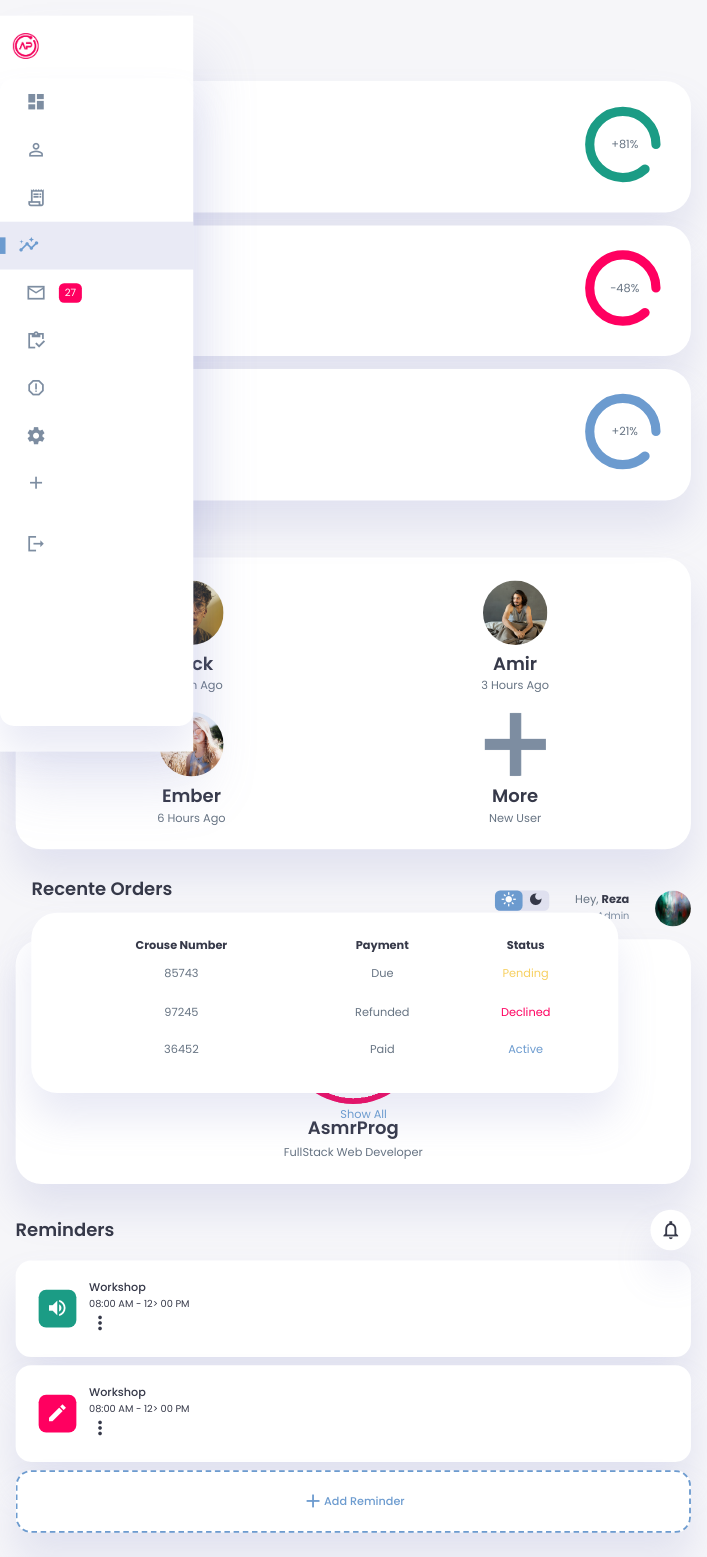
Repository: pheonix5/ProjetosRN-linux
Page: DashBoard/index.html
These files come from the project's save history. The page is drawn as it stood at one moment and after the next save; the edit follows.
The browser window is 768 px wide. The pictures show the whole page, at 92% of full size.

Above is the page before, as saved 2023-08-06 03:35:20.

### DashBoard/index.html
<!DOCTYPE html>
<html lang="pt-br">

<head>
  <meta charset="UTF-8">
  <meta name="viewport" content="width=device-width, initial-scale=1.0">
  <link href="https://fonts.googleapis.com/icon?family=Material+Icons+Sharp" rel="stylesheet">
  <link rel="stylesheet" href="style.css">
  <title>Responsive Dashboard Design #1</title>
</head>

<body>

  <div class="container">
    <!-- Siderbar Section -->
    <aside>
      <div class="toggle">
        <div class="logo">
          <img src="images/logo.png">
          <h2>ASMR<span class="danger">Prog</span></h2>
        </div>
        <div class="close" id="close-btn">
          <span class="material-icons-sharp">
            close
          </span>
        </div>
      </div>

      <div class="sidebar">
        <a href="#">
          <span class="material-icons-sharp">
            dashboard
          </span>
          <h3>Dashboard</h3>
        </a>
        <a href="#">
          <span class="material-icons-sharp">
            person_outline
          </span>
          <h3>Users</h3>
        </a>
        <a href="#">
          <span class="material-icons-sharp">
            receipt_long
          </span>
          <h3>History</h3>
        </a>
        <a href="#" class="active">
          <span class="material-icons-sharp">
            insights
          </span>
          <h3>Analytics</h3>
        </a>
        <a href="#">
          <span class="material-icons-sharp">
            mail_outline
          </span>
          <h3>Tickets</h3>
          <span class="message_count">27</span>
        </a>
        <a href="#">
          <span class="material-icons-sharp">
            inventory
          </span>
          <h3>Sale list</h3>
        </a>
        <a href="#">
          <span class="material-icons-sharp">
            report_gmailerrorred
          </span>
          <h3>Reports</h3>
        </a>
        <a href="#">
          <span class="material-icons-sharp">
            settings
          </span>
          <h3>Settings</h3>
        </a>
        <a href="#">
          <span class="material-icons-sharp">
            add
          </span>
          <h3>New Login</h3>
        </a>
        <a href="#">
          <span class="material-icons-sharp">
            logout
          </span>
          <h3>Logout</h3>
        </a>
      </div>
    </aside>
    <!-- Fim da Seção do Sidebar-->

    <!-- Main Content-->
    <main>
      <h1>Analytics</h1>
      <!-- Analyses -->
      <div class="analyse">
        <div class="sales">
          <div class="status">
            <div class="info">
              <h3>Total Sales</h3>
              <h1>R$65,024</h1>
            </div>
            <div class="progresss">
              <svg>
                <circle cx="38" cy="38" r="36"></circle>
              </svg>
              <div class="percentage">
                <p>+81%</p>
              </div>
            </div>
          </div>
        </div>

        <div class="visits">
          <div class="status">
            <div class="info">
              <h3>Site Visit</h3>
              <h1>24,981</h1>
            </div>
            <div class="progresss">
              <svg>
                <circle cx="38" cy="38" r="36"></circle>
              </svg>
              <div class="percentage">
                <p>-48%</p>
              </div>
            </div>
          </div>
        </div>

        <div class="searches">
          <div class="status">
            <div class="info">
              <h3>Searches</h3>
              <h1>14,147</h1>
            </div>
            <div class="progresss">
              <svg>
                <circle cx="38" cy="38" r="36"></circle>
              </svg>
              <div class="percentage">
                <p>+21%</p>
              </div>
            </div>
          </div>
        </div>
      </div>
      <!-- End Of Analyses -->

      <!--  New Users Section -->
      <div class="new-users">
        <h2>New Users</h2>
        <div class="user-list">
          <div class="user">
            <img src="images/profile-2.jpg">
            <h2>Jack</h2>
            <p>54 Min Ago</p>
          </div>
          <div class="user">
            <img src="images/profile-3.jpg">
            <h2>Amir</h2>
            <p>3 Hours Ago</p>
          </div>
          <div class="user">
            <img src="images/profile-4.jpg">
            <h2>Ember</h2>
            <p>6 Hours Ago</p>
          </div>
          <div class="user">
            <img src="images/plus.png">
            <h2>More</h2>
            <p>New User</p>
          </div>
        </div>
      </div>
      <!-- End of New Users Section -->


      <!-- Recente Orders Table -->
      <div class="recent-orders">
        <h2>Recente Orders</h2>
        <table>
          <thead>
            <tr>
              <th>Crouse Name</th>
              <th>Crouse Number</th>
              <th>Payment</th>
              <th>Status</th>
              <th></th>
            </tr>
          </thead>
          <tbody>

          </tbody>
        </table>
        <a href="#">Show All</a>
      </div>
      <!-- End of Recent Orders -->

    </main>
    <!-- End of Main Content -->

    <!-- Right Section-->
    <div class="right-section">
      <div class="nav">
        <button id="menu-btn">
          <span class="material-icons-sharp">
            menu
          </span>
        </button>
        <div class="dark-mode">
          <span class="material-icons-sharp active">
            light_mode
          </span>
          <span class="material-icons-sharp">
            dark_mode
          </span>
        </div>

        <div class="profile">
          <div class="info">
            <p>Hey, <b>Reza</b></p>
            <small class="text-muted">Admin</small>
          </div>
          <div class="profile-photo">
            <img src="images/profile-1.jpg">
          </div>
        </div>

      </div>
      <!-- End of Nav -->

      <div class="user-profile">
        <div class="logo">
          <img src="images/logo.png">
          <h2>AsmrProg</h2>
          <p>FullStack Web Developer</p>
        </div>
      </div>

      <div class="reminders">
        <div class="header">
          <h2>Reminders</h2>
          <span class="material-icons-sharp">
            notifications_none
          </span>
        </div>

        <div class="notification">
          <div class="icon">
            <span class="material-icons-sharp">
              volume_up
            </span>
          </div>
          <div class="content">
            <div class="info">
              <h3>Workshop</h3>
              <small class="text_muted">
                08:00 AM - 12> 00 PM
              </small>
            </div>
            <span class="material-icons-sharp">
              more_vert
            </span>
          </div>
        </div>

        <div class="notification deactive">
          <div class="icon">
            <span class="material-icons-sharp">
              edit
            </span>
          </div>
          <div class="content">
            <div class="info">
              <h3>Workshop</h3>
              <small class="text_muted">
                08:00 AM - 12> 00 PM
              </small>
            </div>
            <span class="material-icons-sharp">
              more_vert
            </span>
          </div>
        </div>

        <div class="notification add-reminder">
          <div>
            <span class="material-icons-sharp">
              add
            </span>
            <h3>Add Reminder</h3>
          </div>
        </div>

      </div>
    </div>


  </div>

  <script src="orders.js"></script>
  <script src="index.js"></script>
</body>

</html>

### DashBoard/style.css
@import url('https://fonts.googleapis.com/css2?family=Barlow:ital,wght@0,100;0,200;0,300;0,400;0,500;0,600;0,700;0,800;0,900;1,100;1,200;1,300;1,400;1,500;1,600;1,700;1,800;1,900&family=Poppins:wght@300;400;500;600;700;800&display=swap');

:root{
  --color-primary: #6C9BCF;
    --color-danger: #FF0060;
    --color-success: #1B9C85;
    --color-warning: #F7D060;
    --color-white: #fff;
    --color-info-dark: #7d8da1;
    --color-dark: #363949;
    --color-light: rgba(132, 139, 200, 0.18);
    --color-dark-variant: #677483;
    --color-background: #f6f6f9;

    --card-border-radius: 2rem;
    --border-radius-1: 0.4rem;
    --border-radius-2: 1.2rem;

    --card-padding: 1.8rem;
    --padding-1: 1.2rem;

    --box-shadow: 0 2rem 3rem var(--color-light);
}

.dark-mode-variables{
  --color-background: #181a1e;
    --color-white: #202528;
    --color-dark: #edeffd;
    --color-dark-variant: #a3bdcc;
    --color-light: rgba(0, 0, 0, 0.4);
    --box-shadow: 0 2rem 3rem var(--color-light);
}

*{
  margin: 0;
  padding: 0;
  outline: 0;
  appearance: 0;
  border: 0;
  text-decoration: none;
  box-sizing: border-box;
}

html{
  font-size: 14px;
}

body{
  width: 100vw;
  height: 100vh;
  font-family: 'Poppins', sans-serif;
  font-size: 0.88rem;
  user-select: none;
  overflow-x: hidden;
  color: var(--color-dark);
  background-color: var(--color-background);
}

a{
  color: var(--color-dark);
}

img{
  display: block;
  width: 100%;
  object-fit: cover;
}

h1{
  font-weight: 800;
  font-size: 1.8rem;
}

h2{
  font-weight: 600;
  font-size: 1.4rem;
}

h3{
  font-weight: 500;
  font-size: 0.87rem;
}

small{
  font-size: 0.76rem;
}

p{
  color: var(--color-dark-variant);
}

b{
  color: var(--color-dark);
}

.text-muted{
  color: var(--color-info-dark);
}

.primary{
  color: var(--color-primary);
}

.danger{
  color: var(--color-danger);
}

.sucess{
  color: var(--color-success);
}

.warning{
  color: var(--color-warning);
}

.container{
  display: grid;
  width: 96%;
  margin: 0 auto;
  gap: 1.8rem;
  grid-template-columns: 12rem auto 23rem;
}

aside{
  height: 100vh;
}

aside .toggle{
  display: flex;
  align-items: center;
  justify-content: space-between;
  margin-top: 1.4rem;
}

aside .toggle .logo{
  display: flex;
  gap: 0.5rem;
}

aside .toggle .logo img{
  width: 2rem;
  width: 2rem;
}

aside .toggle .close{
  padding-right: 1rem;
  display: none;
}

aside .sidebar{
  display: flex;
  flex-direction: column;
  background-color: var(--color-white);
  box-shadow: var(--box-shadow);
  border-radius: 15px;
  height: 88vh;
  position: relative;
  top: 1.5rem;
  transition: all 0.3s ease;
}

aside .sidebar:hover{
  box-shadow: none;
}

aside .sidebar a{
  display: flex;
  align-items: center;
  color:  var(--color-info-dark);
  height: 3.7rem;
  gap: 1rem;
  position: relative;
  margin-left: 2rem;
  transition: all 0.3s ease;
}

aside .sidebar a span{
  font-size: 1.6rem;
  transition: all 0.3s ease;
}

aside .sidebar a:last-child{
  position: absolute;
  bottom: 0.8rem;
  width: 100%;
}

aside .sidebar a.active{
  width: 100%;
  color: var(--color-primary);
  background-color: var(--color-light);
  margin-left: 0;
}

aside .sidebar a.active::before{
  content: '';
  width: 6px;
  height: 18px;
  background-color: var(--color-primary);
}

aside .sidebar a.active span{
  color: var(--color-primary);
  margin-left: calc(1rem -3px);
}

aside .sidebar a:hover{
  color: var(--color-primary);
}

aside .sidebar a:hover span{
  margin-left: 0.6rem;
}

aside .sidebar .message_count{
  background-color: var(--color-danger);
  padding: 2px 6px;
  color: var(--color-white);
  font-size: 11px;
  border-radius: var(--border-radius-1);
}

main{
  margin-top: 1.4rem;
}

main .analyse{
  display: grid;
  grid-template-columns: repeat(3, 1fr);
  gap: 1.6rem;
}

main .analyse > div{
  background-color: var(--color-white);
  padding: var(--card-padding);
  border-radius: var(--card-border-radius);
  margin-top: 1rem;
  box-shadow: var(--box-shadow);
  cursor: pointer;
  transition: all 0.3s ease;
}

main .analyse > div:hover{
  box-shadow: none;
}

main .analyse > div .status{
  display: flex;
  align-items: center;
  justify-content: space-between;
}


main .analyse h3{
  margin-left: .06rem;
  font-size: 1rem;
}

main .analyse .progresss{
  position: relative;
  width: 92px;
  height: 92px;
  border-radius: 50%;
}

main .analyse svg{
  width: 7rem;
  height: 7rem;
}

main .analyse svg circle{
  fill: none;
  stroke-width: 10;
  stroke-linecap: round;
  transform: translate(5px, 5px);
}

main .analyse .sales svg circle{
  stroke: var(--color-success);
  stroke-dashoffset: -30;
  stroke-dasharray: 200;
}

main .analyse .visits svg circle{
  stroke: var(--color-danger);
  stroke-dashoffset: -30;
  stroke-dasharray: 200;
}

main .analyse .searches svg circle{
  stroke: var(--color-primary);
  stroke-dashoffset: -30;
  stroke-dasharray: 200;
}

main .analyse .progresss .percentage{
  position: absolute;
  top: -3px;
  left: -1px;
  display: flex;
  align-items: center;
  justify-content: center;
  height: 100%;
  width: 100%;
}

main .new-users{
  margin-top: 1.3rem;
}

main .new-users .user-list{
  background-color: var(--color-white);
  padding: var(--card-padding);
  border-radius: var(--card-border-radius);
  margin-top: 1rem;
  box-shadow: var(--box-shadow);
  display: flex;
  justify-content: space-around;
  flex-wrap: wrap;
  gap: 1.4rem;
  transition: all 0.3s ease;
}

main .new-users .user-list:hover{
  box-shadow: none;
}

main .new-users .user-list .user{
  display: flex;
  flex-direction: column;
  align-items: center;
  justify-content: center;
}

main .new-users .user-list .user img{
  width: 5rem;
  height: 5rem;
  margin-bottom: 0.4rem;
  border-radius: 50%;
}

main .recent-orders{
  margin-top: 1.3rem;
}

main .recent-orders h2{
  margin-bottom: 0.8rem;
}

main .recent-orders table{
  background-color: var(--color-white);
  width: 100%;
  padding: var(--card-padding);
  text-align: center;
  box-shadow: var(--box-shadow);
  border-radius: var(--card-border-radius);
  transition: all 0.3s ease;
}

main .recent-orders table:hover{
  box-shadow: none;
}

main table tbody td{
  height: 2.8rem;
  border-bottom: 1px solid var(--color-white);
  color: var(--color-dark-variant);
}

main table tbody tr:last-child td{
  border: none;
}

main .recent-orders a{
  text-align: center;
  display: block;
  margin: 1rem auto;
  color:  var(--color-primary);
}

.right-section{
  margin-top: 1.4rem;
}

.right-section .nav{
  display: flex;
  justify-content: end;
  gap: 2rem;
}

.right-section .nav button{
  display: none;
}

.right-section .dark-mode{
  background-color: var(--color-light);
  display: flex;
  justify-content: space-between;
  align-items: center;
  height: 1.6rem;
  width: 4.2rem;
  cursor: pointer;
  border-radius: var(--border-radius-1);
}

.right-section .dark-mode span{
  font-size: 1.2rem;
  width: 50%;
  height: 100%;
  display: flex;
  align-items: center;
  justify-content: center;
}

.right-section .dark-mode span.active{
  background-color: var(--color-primary);
  color: white;
  border-radius: var(--border-radius-1);
}

.right-section .nav .profile{
  display: flex;
  gap: 2rem;
  text-align: right;
}
.right-section .nav .profile .profile-photo{
  width: 2.8rem;
  height: 2.8rem;
  border-radius: 50%;
  overflow: hidden;
}

.right-section .user-profile{
  display: flex;
  justify-content: center;
  text-align: center;
  margin-top: 1rem;
  background-color: var(--color-white);
  padding:  var(--card-padding);
  border-radius: var(--card-border-radius);
  box-shadow: var(--box-shadow);
  cursor: pointer;
  transition: all 0.3s ease;
}

.right-section .user-profile:hover{
  box-shadow: none;
}

.right-section .user-profile img{
  width: 11rem;
  height: auto;
  margin-bottom: 0.8rem;
  border-radius: 50%;
}

.right-section .user-profile h2{
  margin-bottom: 0.2rem;
}

.right-section .reminders{
  margin-top: 2rem;
}

.right-section .reminders .header{
  display: flex;
  align-items: center;
  justify-content: space-between;
  margin-bottom: 0.8rem;
}

.right-section .reminders .header span{
  padding: 10px;
  box-shadow: var(--box-shadow);
  background-color: var(--color-white);
  border-radius: 50%;
}

.right-section .reminders .notification{
  background-color: var(--color-white);
  display: flex;
  align-items: center;
  gap: 1rem;
  margin-bottom: 0.7rem;
  padding: 1.4rem var(--card-padding);
  border-radius: var(--border-radius-2);
  box-shadow: var(--box-shadow);
  cursor: pointer;
  transition: all 0.3s ease;
}

.right-section .reminders .notification:hover{
  box-shadow: none;
}

.recent-orders .reminders .notification .content{
  display: flex;
  justify-content: space-between;
  align-items: center;
  margin: 0;
  width: 100%;
}

.right-section .reminders .notification .icon{
  padding: 0.6rem;
  color:  var(--color-white);
  background-color: var(--color-success);
  border-radius: 20%;
  display: flex;
}

.right-section .reminders .notification.deactive .icon{
  background-color: var(--color-danger);
}

.right-section .reminders .add-reminder{
  background-color: var(--color-white);
  border: 2px dashed var(--color-primary);
  color: var(--color-primary);
  display: flex;
  align-items: center;
  justify-content: center;
  cursor: pointer;
}

.right-section .reminders .add-reminder:hover{
  background-color: var(--color-primary);
  color: white;
}

.right-section .reminders .add-reminder div{
  display: flex;
  align-items: center;
  grid-area: 0.6rem;
}

@media screen and (max-width: 1200px) {
  .container{
    width: 96%;
    grid-template-columns: 7rem auto 23rem;
  }


  aside .logo h2{
    display: none;
  }

  aside .sidebar h3{
    display: none;
  }

  aside .sidebar a{
    width: 5.6rem;
  }

  aside .sidebar a:last-child{
    position: relative;
    margin-top: 1.8rem;
  }

  main .analyse{
    grid-template-columns:  1fr;
    gap: 0;
  }

  main .new-users .user-list .user{
    flex-basis: 40%;
  }

  main .recent-orders{
    width: 94%;
    position: absolute;
    left: 50%;
    transform: translateX(-50%);
    margin: 2rem 0 0 0.8rem;
  }

  main .recent-orders table{
    width: 83vw;
  }

  main table thead tr th:last-child,
  main table thead tr th:first-child{
    display: none;
  }

  main table tbody tr td:last-child,
  main table tbody tr td:first-child{
    display: none;
  }
}

@media screen  and (max-width: 768px){
  .container{
    width: 100%;
    grid-template-columns: 1fr;
    padding: var(--padding-1);
  }

  aside{
    position: fixed;
    background-color: var(--color-white);
    width: 15rem;
    z-index: 3;
    box-shadow: 1rem 3rem 4rem var(--color-light);
    height: 100vh;
    animation: showMenu 0.4s ease forwards
  }

  @keyframes showMenu {
    to{
      left: 0;
    }
  }

  aside .logo{
    margin-left: 1rem;
  }
}

### DashBoard/orders.js
const Orders = [
  {
    productName: 'JavaScript Tutorial',
    productNumber: '85743',
    paymentStatus: 'Due',
    status: 'Pending'
  },
  {
    productName: 'CSS Full Course',
    productNumber: '97245',
    paymentStatus: 'Refunded',
    status: 'Declined'
  },
  {
    productName: 'Flex-Box Tutorial',
    productNumber: '36452',
    paymentStatus: 'Paid',
    status: 'Active'
  },
]

### DashBoard/index.js
Orders.forEach(order => {
  const tr = document.createElement('tr');
  const trContent = `
    <td>${order.productName}</td>
    <td>${order.productNumber}</td>
    <td>${order.paymentStatus}</td>
    <td class="${order.status === 'Declined' ? 'danger' : order.status === 'Pending' ? 'warning' : 'primary'}">${order.status}</td>
    <td class="primary">Details</td>
  ` ;
  tr.innerHTML = trContent;
  document.querySelector('table tbody').appendChild(tr)
})

After the next save:
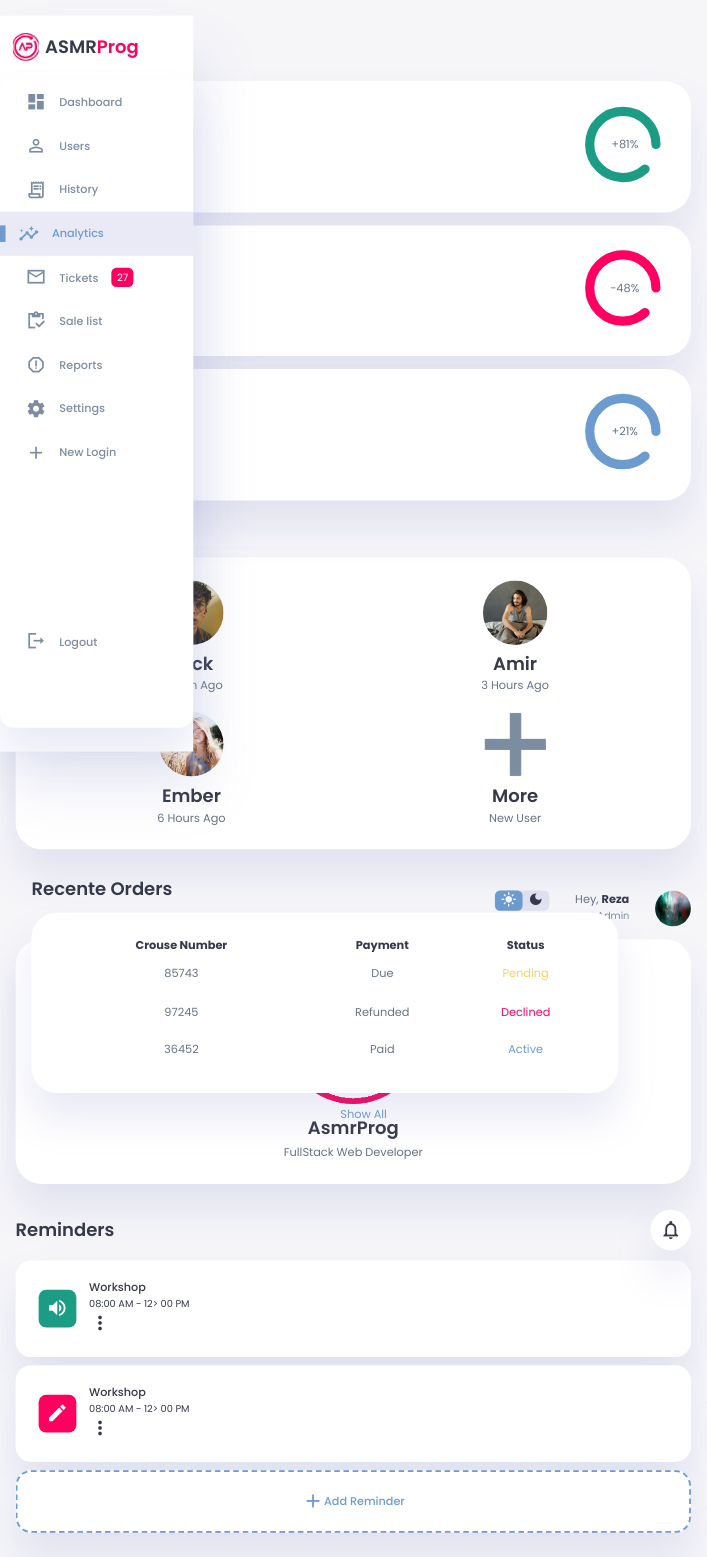
Saved 66 s later.
--- a/DashBoard/style.css
+++ b/DashBoard/style.css
@@ -616,4 +616,22 @@ main .recent-orders a{
   aside .logo{
     margin-left: 1rem;
   }
-}
+
+  aside .logo h2{
+    display: inline;
+  }
+
+  aside .sidebar h3{
+    display: inline;
+  }
+
+  aside .sidebar a{
+    width: 100%;
+    height: 3.4rem;
+  }
+
+  aside .sidebar a:last-child{
+    position: absolute;
+    bottom: 5rem;
+  }
+}
